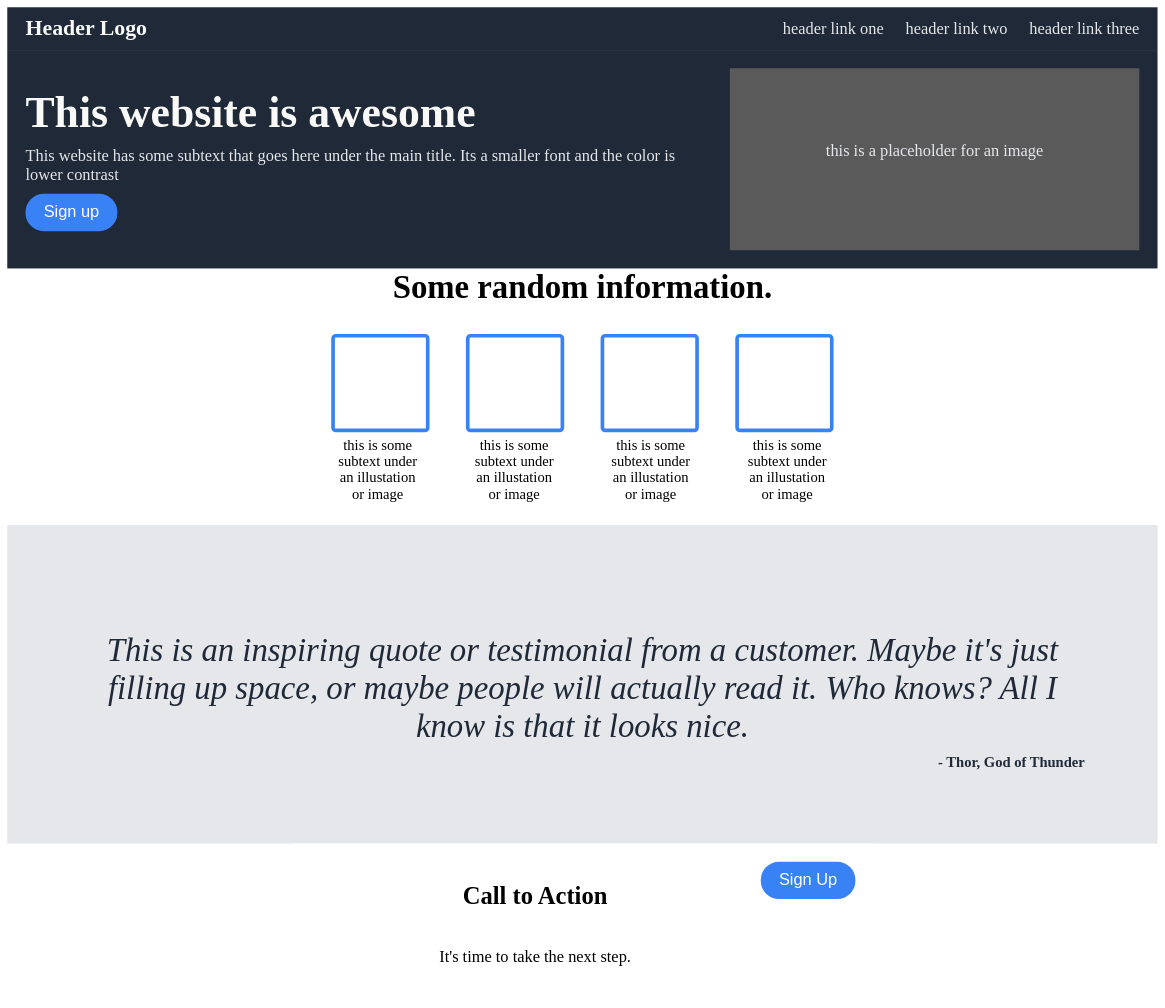
Repository: mnhardy1504/odin-recipes1
Page: flexboxlanding/index.html
An editor plug-in stored every save of this project. The page is shown before and after the next save, followed by the edit.
The browser window is 1280 px wide. The pictures show the whole page, at 91% of full size.

Above is the page before, as saved 2023-09-15 13:26:20.

After the next save:
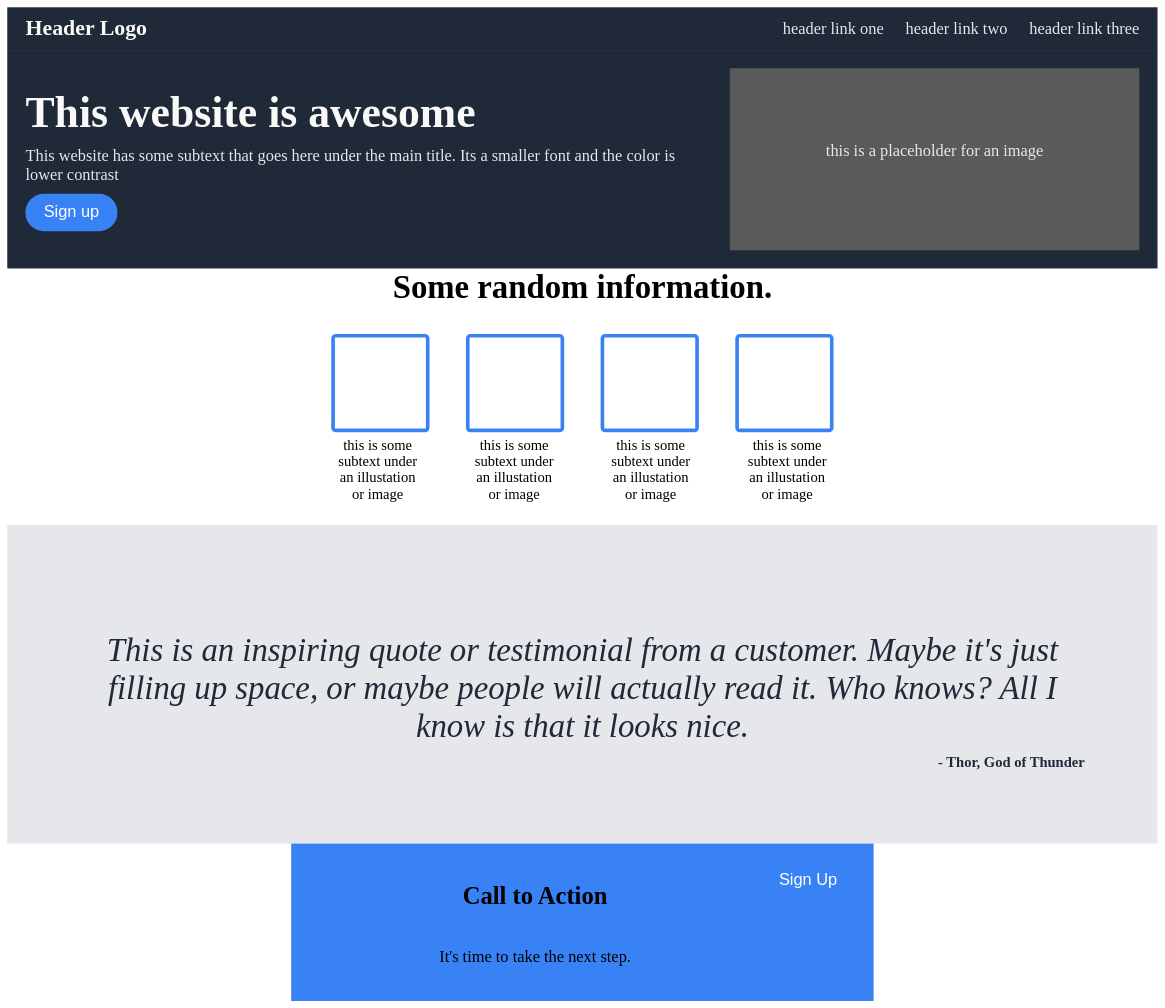
Saved 94 s later.
--- a/flexboxlanding/index.css
+++ b/flexboxlanding/index.css
@@ -133,7 +133,7 @@ h1 {
 
 .call-to-action-box {
     display: flex; /* Use flexbox for layout */
-    background-color: white; /* White background for the container */
+    background-color: #3882F6; /* White background for the container */
     padding: 20px;
     width: 600px;
     margin: 0 auto;
